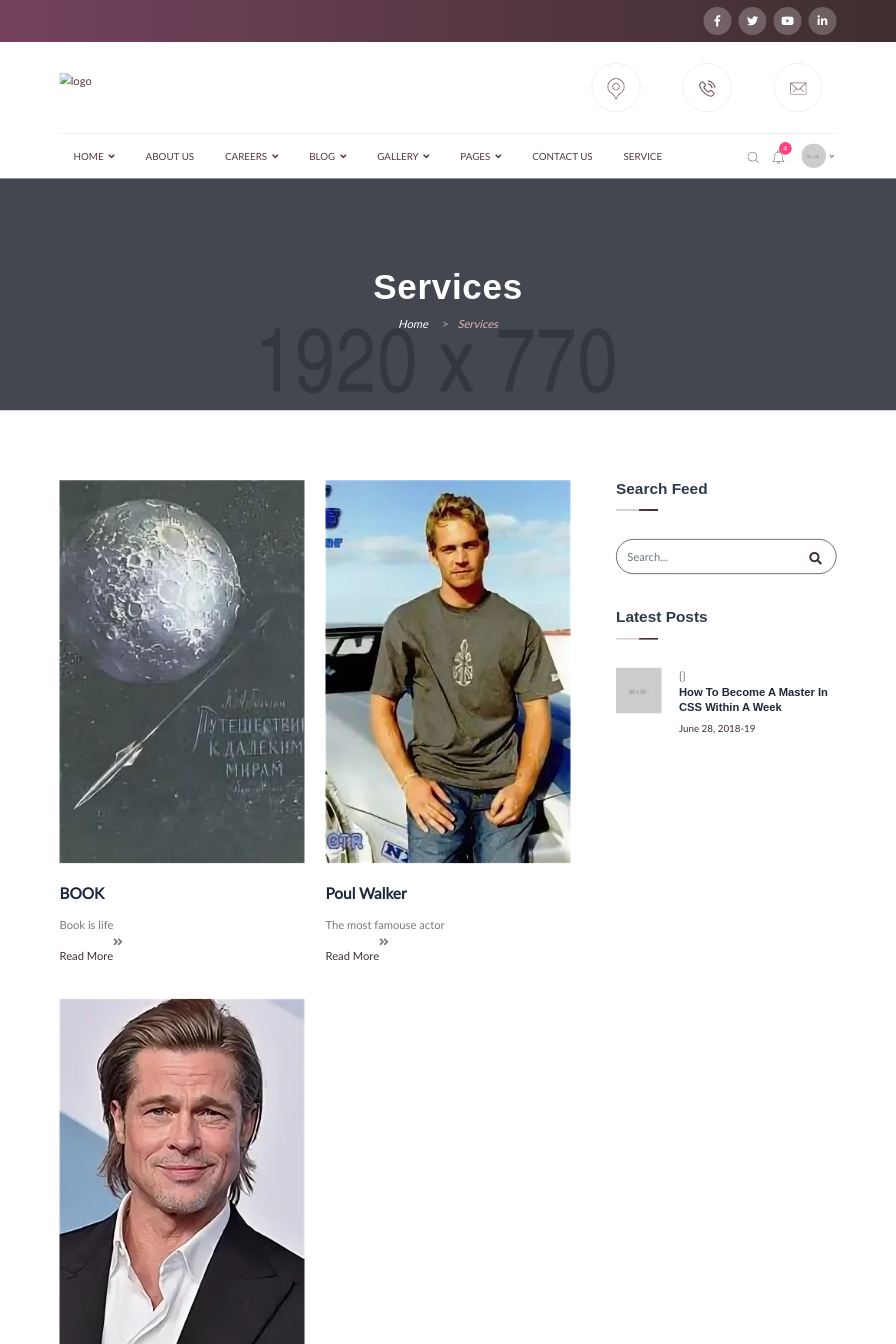
Repository: maqsudov0371/vazifa7oy10dars
Page: http://localhost/service/
The author's editor kept a copy of each file at every save. The page is drawn from the files as they stood at one save, then again after a run of saves.
The browser window is 1280 px wide. The pictures show the part of the page from y = 0 to 1920 px (the page is 3012 px tall), at 70% of full size.
Some web fonts or font styles are not loaded; a fallback is used. The page is served by the project's application, run on Django 4.2 (manage.py). Other server files are loaded and not shown. The page reads the database file committed with the project. Queries for data that is not in the repository find no rows.

Above is the page before, as saved 2024-09-11 15:06:25.
Console error: TypeError: Cannot read properties of undefined (reading 'left')

### main/templates/main/service.html
{% extends 'base.html' %}

{% block slider %}
{% endblock slider %}

{% block content %}
    <!-- inner header wrapper start -->
    <div class="page_title_section float_left">
        <div class="page_header">
            <div class="container">
                <div class="row">
                    <!-- section_heading start -->
                    <div class="col-lg-12 col-md-12 col-12 col-sm-12">
                        <h1>Services</h1>
                    </div>
                    <div class="col-lg-12 col-md-12 col-12 col-sm-12">
                        <div class="sub_title_section">
                            <ul class="sub_title">
                                <li><a href="#">Home</a> &nbsp;&nbsp;&nbsp; &gt; &nbsp;&nbsp;</li>
                                <li>Services</li>
                            </ul>
                        </div>
                    </div>
                </div>
            </div>
        </div>
    </div>
    <!-- inner header wrapper end -->

    <!-- blog wrapper start -->
    <div class="blog_wrapper float_left">
        <div class="container">
            <div class="row">
                <div class="col-xl-8 col-lg-8 col-md-12 col-sm-12 col-xs-12">
                    <div class="row">
                        {% for service in services %}
                        <div class="col-md-6">
                            <div class="blog-post-wrapper iner_blog">
                                <div class="post-thumbnail">
                                    <img src="{{ service.image.url }}" class="img-responsive" alt="Image">
                                </div>
                                <div class="blog-content edu_service_header">
                                    <header class="entry-header">
                                        <h4 class="entry-title edu_service_heading">
                                            <a href="{% url 'main:service_detail' pk=service.pk %}">{{ service.title }}</a>
                                        </h4>
                                    </header>
                                    <div class="entry-content">
                                        <p>{{ service.content|truncatewords:20 }}</p>
                                    </div>
                                    <a href="{% url 'main:service_detail' pk=service.pk %}" class="blog_read">Read More</a>
                                    <i class="fa fa-angle-double-right" aria-hidden="true"></i>
                                </div>
                            </div>
                        </div>
                        {% endfor %}
                    </div>
                </div>

                <!-- Sidebar -->
                <div class="col-xl-4 col-lg-4 col-md-12 col-sm-12 col-xs-12 right_sidebar blog_single_sidebar">
                    <!-- Search Form -->
                    <div class="sidebar_widget float_left">
                        <div class="widget_heading">
                            <h2>Search feed</h2>
                        </div>
                        <form class="search_form" role="search">
                            <div class="form-group">
                                <input type="text" class="form-control" placeholder="Search...">
                            </div>
                            <button type="submit"><i class="fa fa-search"></i></button>
                        </form>
                    </div>

                    <!-- Latest Posts -->
                    <div class="sidebar_widget float_left">
                        <div class="widget_heading">
                            <h2>Latest Posts</h2>
                        </div>
                        <div class="blog_wrapper22 float_left">
                            <div class="blog_image">
                                <img src="images/blog1.jpg" class="img-responsive" alt="blog_img1" />
                            </div>
                            {}
                            <div class="blog_text">
                                <h5><a href="#">How to Become a Master in CSS within a Week</a></h5>
                                <div class="blog_date">June 28, 2018-19</div>
                            </div>
                        </div>
                    </div>


                </div>
            </div>
        </div>
    </div>
    <!-- blog wrapper end -->

    <!-- edu letter wrapper Start -->
    <div class="edu_letter_main_wrapper float_left">
        <div class="container">
            <div class="edu_left_envo">
                <img src="images/innn.png" alt="img">
                <h3>Sign Up for Newsletter</h3>
            </div>
            <div class="edu_right_form">
                <input type="text" placeholder="Enter your email">
                <button>Sign Up</button>
            </div>
        </div>
    </div>
    <!-- edu letter wrapper End -->
{% endblock content %}

### templates/base.html
<!DOCTYPE html>
<!--
Template Name: Edu365 Education HTML
Version: 1.0.0
Author: Webstrot

-->
<!--[if IE 8]> <html lang="en" class="ie8 no-js"> <![endif]-->
<!--[if IE 9]> <html lang="en" class="ie9 no-js"> <![endif]-->
<!--[if !IE]><!-->
<html lang="zxx">
<!--[endif]-->

<head>
    <meta charset="utf-8" />
    <title>Edu365 Education HTML Template</title>
    <meta content="width=device-width, initial-scale=1.0" name="viewport" />
    <meta name="description" content="Education" />
    <meta name="keywords" content="Education" />
    <meta name="author" content="" />
    <meta name="MobileOptimized" content="320" />
    <!--Template style -->
    {% include 'components/_style.html' %}

</head>

<body>
        <div id="preloader">
        <div id="status">
            <img src="/static/images/preloader.gif" id="preloader_image" alt="loader">
        </div>
    </div>
    <!-- edu top header wrapper Start -->
        {% include 'components/header/_top_header.html' %}
    <!-- edu top header wrapper End -->

    <!-- edu logo header wrapper Start -->
        {% include 'components/header/_logo_header.html' %}
    <!-- edu logo header wrapper End -->

    <!-- edu navihation header wrapper Start -->
        {% include 'components/header/_navihation_header.html' %}
    <!-- edu navihation header wrapper End -->

        <!-- edu slider wrapper Start -->
        {% block slider %}
        {% include 'components/header/_slider.html' %}
        {% endblock slider %}
    <!-- edu slider wrapper End -->

    {% block content %}
    {% endblock content %}

     <!-- footer Wrapper Start -->
    {% include 'components/_footer.html' %}
    <!-- footer Wrapper End -->

    {% include 'components/_script.html' %}

</body>
</html>

### templates/components/_style.html
{% load static %}
<link rel="stylesheet" type="text/css" href="{% static 'css/animate.css' %}" />
<link rel="stylesheet" type="text/css" href="{% static 'css/bootstrap.min.css' %}" />
<link rel="stylesheet" type="text/css" href="{% static 'css/fonts.css' %}" />
<link rel="stylesheet" type="text/css" href="{% static 'css/font-awesome.css' %}" />
<link rel="stylesheet" type="text/css" href="{% static 'css/nice-select.css' %}" />
<link rel="stylesheet" type="text/css" href="{% static 'css/settings.css' %}" />
<link rel="stylesheet" type="text/css" href="{% static 'css/book.css' %}" />
<link rel="stylesheet" type="text/css" href="{% static 'css/swiper.css' %}" />
<link rel="stylesheet" type="text/css" href="{% static 'css/venobox.css' %}" />
<link rel="stylesheet" type="text/css" href="{% static 'css/testimonial.css' %}" />
<link rel="stylesheet" type="text/css" href="{% static 'css/flaticon.css' %}" />
<link rel="stylesheet" type="text/css" href="{% static 'css/owl.carousel.css' %}" />
<link rel="stylesheet" type="text/css" href="{% static 'css/owl.theme.default.css' %}" />
<link rel="stylesheet" type="text/css" href="{% static 'css/settings.css' %}" />
<link rel="stylesheet" type="text/css" href="{% static 'css/layers.css' %}" />
<link rel="stylesheet" type="text/css" href="{% static 'css/navigation.css' %}" />
<link rel="stylesheet" type="text/css" href="{% static 'css/style.css' %}" />
<link rel="stylesheet" type="text/css" href="{% static 'css/responsive.css' %}" />
<!--favicon-->
<link rel="shortcut icon" type="image/png" href="{% static 'images/favicon.png' %}" />

### templates/components/header/_top_header.html
<div class="edu_top_header_wrapper float_left">
        <div class="container">
            <div class="row">
                <div class="col-xl-6 col-lg-6 col-md-6 col-sm-12 col-12">
                    <div class="edu_top_header_left_wrapper">
                        <p>{{ header.message }}</p>
                    </div>
                </div>
                <div class="col-xl-6 col-lg-6 col-md-6 col-sm-12 col-12">
                    <div class="edu_top_header_right_wrapper">
                        <ul>
                            <li><a href=""><i class="fab fa-facebook-f"></i></a>
                            </li>
                            <li><a href="#"><i class="fab fa-twitter"></i></a>
                            </li>
                            <li><a target="_blank" href="https://www.youtube.com/{{ header.youtube }}"><i class="fab fa-youtube"></i></a>
                            </li>
                            <li><a href="#"><i class="fab fa-linkedin-in"></i></a>
                            </li>
                        </ul>
                    </div>
                </div>
            </div>
        </div>
    </div>

### templates/components/header/_logo_header.html
<div class="edu_logo_header_wrapper float_left">
        <div class="container">
            <div class="row">
                <div class="col-md-12">
                    <div class="edu_border_line">
                        <div class="row">
                            <div class="col-md-3">
                                <div class="edu_logo_main_wrapper">
                                    <a href="index.html">
                                        <img src="{{ header.logo.url }}" alt="logo">
                                    </a>
                                </div>
                            </div>
                            <div class="col-md-9 d-none d-sm-none d-md-block">
                                <div class="lv_share_info_wrapper">
                                    <ul>
                                        <li>
                                            <div class="lv_header_icon">
                                                <img src="/static/images/pin.png" alt="Map Icon" title="Map Icon">
                                            </div>
                                            <p>{{ header.address }}</p>
                                        </li>
                                        <li>
                                            <div class="lv_header_icon">
                                                <img src="/static/images/phone.png" alt="Call Icon" title="Call Icon">
                                            </div>
                                            <p>{{ header.phone1 }}
                                                <br>{{ header.phone2 }}</p>
                                        </li>
                                        <li>
                                            <div class="lv_header_icon">
                                                <img src="/static/images/env.png" alt="Mail Icon" title="Mail Icon">
                                            </div>
                                            <p> <a href="#">{{ header.email1 }}</a>
                                                <br> <a href="#">{{ header.email2 }}</a>
                                            </p>
                                        </li>
                                    </ul>
                                </div>
                            </div>
                        </div>
                    </div>
                </div>
            </div>
        </div>
    </div>
    <a id="back2Top" title="Back to top" href="#">&#10148;</a>

### main/models.py
from django.db import models
from django.contrib.auth.models import AbstractUser, User
from django.urls import reverse
from django.core.validators import FileExtensionValidator
from PIL import Image
from django.db import models



# Create your models here.

class User(AbstractUser):
    phone = models.CharField(max_length=13, blank=True,  db_index=True)
    auth_code = models.CharField(max_length=6, blank=True)

    # def get_absolute_url(self):
    #     print(self)
    #     return reverse("main:account", kwargs={"id": self.id})

    def __str__(self) -> str:
        return f"{self.username}"


class Category(models.Model):
    title = models.CharField(max_length=15)

    def __str__(self) -> str:
        return f"{self.title}"


class Tag(models.Model):
    title = models.CharField(max_length=15)

    def __str__(self) -> str:
        return f"{self.title}"




class Course(models.Model):
    LANGUAGES = (
        ('uz', 'O\'zbekcha'),
        ('ru', 'Ruscha'),
        ('en', 'Inglizcha'),
    )
    title = models.CharField(max_length=100)
    slug = models.SlugField(max_length=255, unique=True, blank=True)
    description = models.TextField()
    duration = models.DurationField(blank=True)
    price = models.DecimalField(max_digits=10, decimal_places=2)  # 100.00
    category = models.ForeignKey('Category', on_delete=models.CASCADE, related_name="courses")
    created_at = models.DateTimeField(verbose_name="Boshlanish vaqti")
    updated_at = models.DateTimeField(auto_now=True, verbose_name="Yangilanish vaqti")
    language = models.CharField(max_length=100, blank=True, choices=LANGUAGES)
    rating = models.PositiveBigIntegerField(verbose_name="Rating", default=0)
    image = models.ImageField(upload_to="images", blank=True)
    tags = models.ManyToManyField('Tag', verbose_name="tags")

    class Meta:
        ordering = ['-rating']

    def save(self, *args, **kwargs):
        # Call the parent save method to save the object
        super().save(*args, **kwargs)

        if self.image:
            img = Image.open(self.image.path)

            # Resize the image to 150x220
            img = img.resize((150, 220), Image.ANTIALIAS)
            img.save(self.image.path)


# -------------------------------------------------------------------

class Header(models.Model):
    message = models.CharField(max_length=150)
    facebook = models.CharField(max_length=30)
    twitter = models.CharField(max_length=30)
    youtube = models.CharField(max_length=30)
    linkedin = models.CharField(max_length=30)
    logo = models.ImageField(upload_to="header/logo/")
    address = models.CharField(max_length=150)
    phone1 = models.CharField(max_length=15)
    phone2 = models.CharField(max_length=15)
    email1 = models.EmailField()
    email2 = models.EmailField()

    def __str__(self):
        return f"{self.message}"


class HeaderImage(models.Model):
    service = models.CharField(max_length=100)
    content = models.CharField(max_length=255)
    header = models.ForeignKey(Header, on_delete=models.CASCADE)
    image = models.ImageField(upload_to='header/images/')


class Service(models.Model):
    title = models.CharField(max_length=150)
    content = models.TextField()
    image = models.ImageField(upload_to="service/", help_text="O'lcham: 160x250 px")
    book_image = models.ImageField(upload_to="book/image/", help_text="O'lcham 371x202 px")


class ServiceBook(models.Model):
    service = models.ForeignKey(Service, on_delete=models.PROTECT)
    file = models.FileField(upload_to="book/file/", validators=[
        FileExtensionValidator(allowed_extensions=['pdf', 'doc', 'docx'])
    ])


class Teachers(models.Model):
    title = models.CharField(max_length=255)
    name = models.CharField(max_length=100)
    image = models.ImageField(upload_to="teachers/images/")
    description = models.TextField()
    age = models.PositiveIntegerField()

### config/urls.py
"""
URL configuration for config project.

The `urlpatterns` list routes URLs to views. For more information please see:
    https://docs.djangoproject.com/en/4.2/topics/http/urls/
Examples:
Function views
    1. Add an import:  from my_app import views
    2. Add a URL to urlpatterns:  path('', views.home, name='home')
Class-based views
    1. Add an import:  from other_app.views import Home
    2. Add a URL to urlpatterns:  path('', Home.as_view(), name='home')
Including another URLconf
    1. Import the include() function: from django.urls import include, path
    2. Add a URL to urlpatterns:  path('blog/', include('blog.urls'))
"""
from django.contrib import admin
from django.urls import path, include
from django.conf import settings
from django.conf.urls.static import static

urlpatterns = [
    path('admin/', admin.site.urls),
    path('', include('main.urls', namespace="main")),
]

urlpatterns += static(settings.MEDIA_URL, document_root=settings.MEDIA_ROOT)

### main/urls.py
from django.urls import path
from .views import (HomePageView, RegisterView, LoginView, CourseDetailView,
                    AddCourseView, UpdateCourseView, ServiceView, ServiceDetailView)

app_name = 'main'

urlpatterns = [
    path('', HomePageView.as_view(), name="home"),
    path('register', RegisterView.as_view(), name="register"),
    path('login', LoginView.as_view(), name="kirish"),
    path('course/<str:slug>', CourseDetailView.as_view(), name="detail"),
    path('add_course', AddCourseView.as_view(), name="add_course"),
    path('course/<int:pk>/edit', UpdateCourseView.as_view(), name="update_course"),
    path('service/', ServiceView.as_view(), name="services"),
    path('service_detail/<int:pk>/', ServiceDetailView.as_view(), name='service_detail'),

]

### staticfiles/css/flaticon.css
	/*
  	Flaticon icon font: Flaticon
  	Creation date: 03/07/2019 08:55
  	*/

@font-face {
  font-family: "Flaticon";
  src: url("../fonts/Flaticon.eot");
  src: url("../fonts/Flaticon.eot?#iefix") format("embedded-opentype"),
       url("../fonts/Flaticon.woff2") format("woff2"),
       url("../fonts/Flaticon.woff") format("woff"),
       url("../fonts/Flaticon.ttf") format("truetype"),
       url("../fonts/Flaticon.svg#Flaticon") format("svg");
  font-weight: normal;
  font-style: normal;
}

@media screen and (-webkit-min-device-pixel-ratio:0) {
  @font-face {
    font-family: "Flaticon";
    src: url("./Flaticon.svg#Flaticon") format("svg");
  }
}

[class^="flaticon-"]:before, [class*=" flaticon-"]:before,
[class^="flaticon-"]:after, [class*=" flaticon-"]:after {
  font-family: Flaticon;
        font-size: 20px;
font-style: normal;
margin-left: 20px;
}

.flaticon-menu:before { content: "\f100"; }
.flaticon-close-envelope:before { content: "\f101"; }
.flaticon-telephone:before { content: "\f102"; }
.flaticon-map-marker:before { content: "\f103"; }
.flaticon-plus-symbol:before { content: "\f104"; }
.flaticon-left-arrow:before { content: "\f105"; }
.flaticon-right-arrow:before { content: "\f106"; }
.flaticon-notification:before { content: "\f107"; }
.flaticon-college-graduation:before { content: "\f108"; }
.flaticon-books-stack-of-three:before { content: "\f109"; }
.flaticon-classroom:before { content: "\f10a"; }
.flaticon-kids-couple:before { content: "\f10b"; }
.flaticon-file:before { content: "\f10c"; }

### db.sqlite3 (the tables this page reads, as SQL)
CREATE TABLE "main_service" ("id" integer NOT NULL PRIMARY KEY AUTOINCREMENT, "title" varchar(150) NOT NULL, "content" text NOT NULL, "image" varchar(100) NOT NULL, "book_image" varchar(100) NOT NULL, "created_at" datetime NOT NULL);
INSERT INTO "main_service" VALUES
(1, 'BOOK', 'Book is life', 'service/i_3_66ipPX7.webp', 'book/image/i_2_F5CahHc.webp', '2024-09-11 10:21:45.974625'),
(2, 'Poul Walker', 'The most famouse actor', 'service/160x250_rpNRk8M.webp', 'book/image/371x202_oRnJeCW.webp', '2024-09-11 10:22:16.011371'),
(3, 'nma nma gap', 'NMA NMA GAP', 'service/i_5.webp', 'book/image/i_6.webp', '2024-09-11 10:32:34.940560');

Loaded but not shown: staticfiles/css/animate.css (library); staticfiles/css/bootstrap.min.css (library); staticfiles/css/font-awesome.css (library); staticfiles/css/nice-select.css (common file); staticfiles/css/settings.css (library); staticfiles/css/swiper.css (library); staticfiles/css/venobox.css (common file); staticfiles/css/owl.carousel.css (library); staticfiles/css/owl.theme.default.css (common file); staticfiles/css/style.css (library); staticfiles/js/jquery-3.3.1.min.js (library); staticfiles/js/bootstrap.min.js (library); staticfiles/js/modernizr.js (library); staticfiles/js/jquery.themepunch.revolution.min.js (library); staticfiles/js/jquery.themepunch.tools.min.js (library); staticfiles/js/jquery.countTo.js (common file); staticfiles/js/jquery.inview.min.js (common file); staticfiles/js/swiper.min.js (library); staticfiles/js/venobox.min.js (library); staticfiles/js/owl.carousel.js (library); staticfiles/js/jquery.menu-aim.js (library); staticfiles/js/jquery.nice-select.min.js (common file); staticfiles/js/revolution.extension.actions.min.js (library); staticfiles/js/revolution.extension.carousel.min.js (library); staticfiles/js/revolution.extension.kenburn.min.js (library); staticfiles/js/revolution.extension.layeranimation.min.js (library); staticfiles/js/revolution.extension.migration.min.js (library); staticfiles/js/revolution.extension.navigation.min.js (library); staticfiles/js/revolution.extension.parallax.min.js (library); staticfiles/js/revolution.extension.slideanims.min.js (library); staticfiles/js/revolution.extension.video.min.js (library); staticfiles/js/custom.js (239 lines, source omitted); staticfiles/js/testimonial.js (106 lines, source omitted); staticfiles/css/layers.css (5805 lines, source omitted); staticfiles/css/navigation.css (2642 lines, source omitted); templates/components/header/_navihation_header.html (606 lines, source omitted); staticfiles/css/book.css (669 lines, source omitted); staticfiles/css/fonts.css (342 lines, source omitted); staticfiles/css/testimonial.css (69 lines, source omitted); templates/components/_script.html (186 lines, source omitted); staticfiles/css/responsive.css (431 lines, source omitted); main/views.py (191 lines, source omitted); templates/components/_footer.html (119 lines, source omitted)

After the next 8 saves:
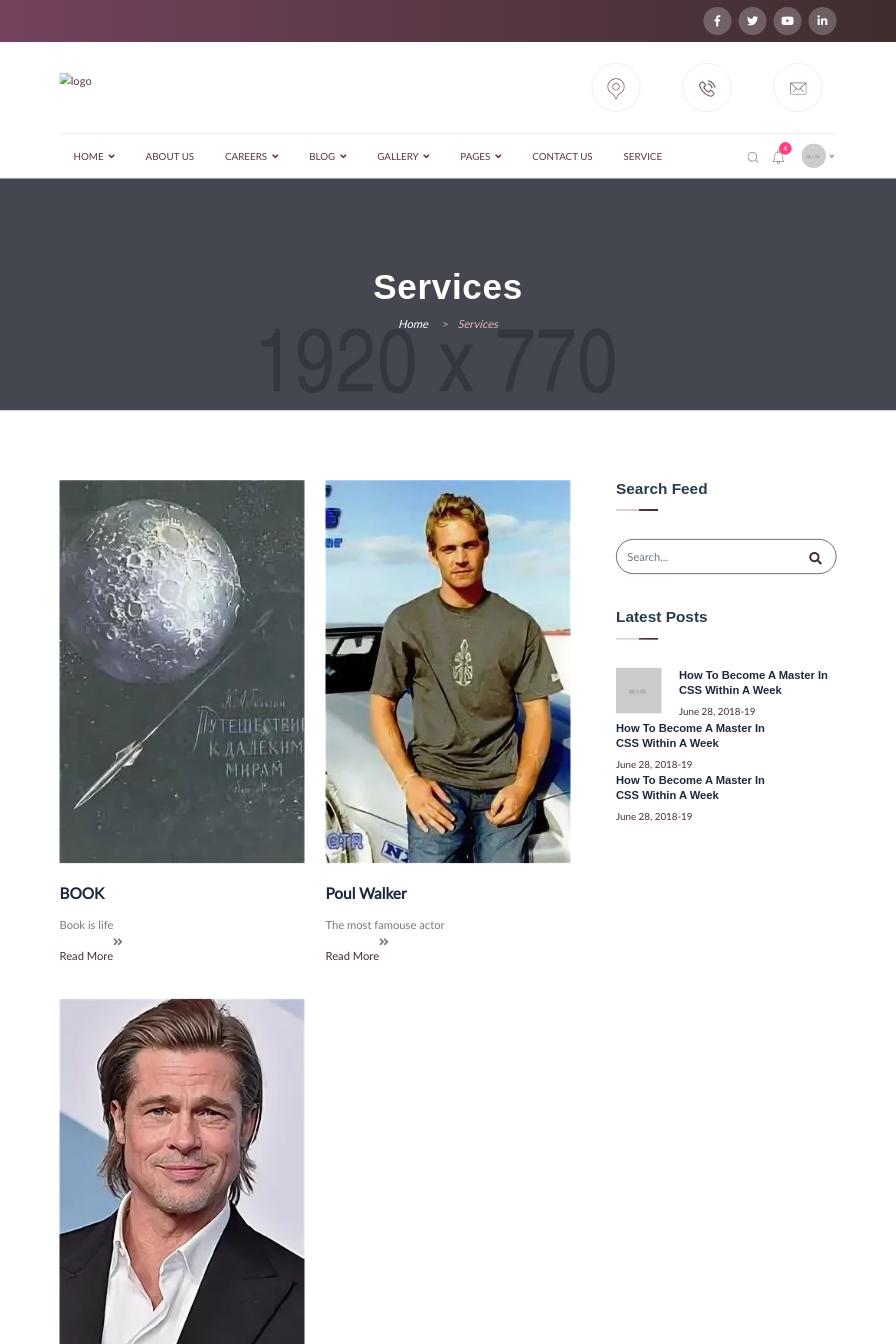
The 8 saves are shown as one change because 2 did not build or start and some came seconds apart.
The last was saved 25 s later.
--- a/main/templates/main/service.html
+++ b/main/templates/main/service.html
@@ -81,11 +81,12 @@
                             <div class="blog_image">
                                 <img src="images/blog1.jpg" class="img-responsive" alt="blog_img1" />
                             </div>
-                            {}
-                            <div class="blog_text">
-                                <h5><a href="#">How to Become a Master in CSS within a Week</a></h5>
-                                <div class="blog_date">June 28, 2018-19</div>
-                            </div>
+                            {% for last in services %}
+                                <div class="blog_text">
+                                    <h5><a href="#">How to Become a Master in CSS within a Week</a></h5>
+                                    <div class="blog_date">June 28, 2018-19</div>
+                                </div>
+                            {% endfor %}
                         </div>
                     </div>
 
